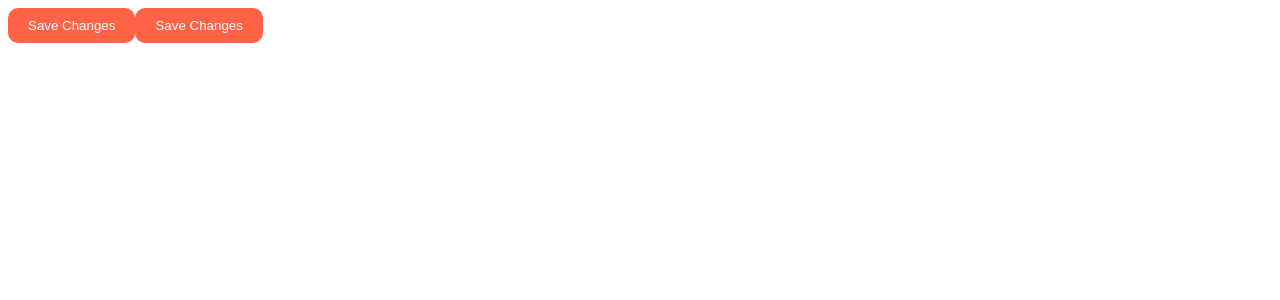
Repository: TaewookKwak/React
Page: props.html
The author's editor kept a copy of each file at every save. The page is drawn from the files as they stood at one save, then again after the next save.
The browser window is 1280 px wide. The pictures show the whole page.

Above is the page before, as saved 2021-12-15 12:00:03.

After the next save:
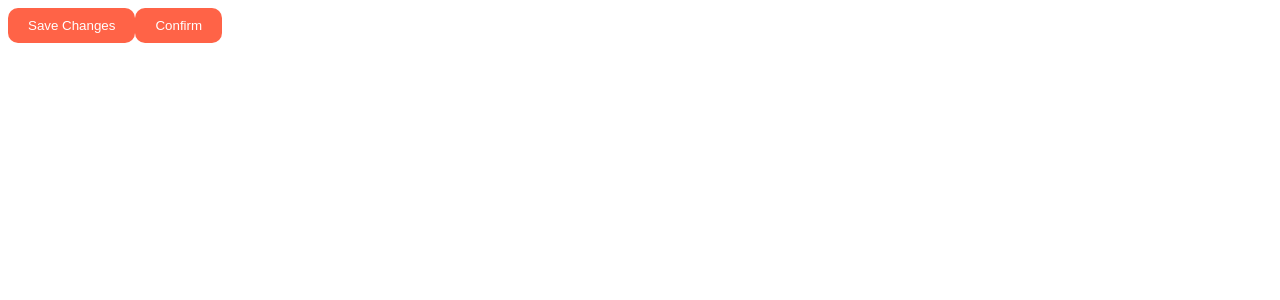
Saved 16 min 56 s later.
--- a/props.html
+++ b/props.html
@@ -8,7 +8,7 @@
   <script src="https://unpkg.com/@babel/standalone/babel.min.js"></script>
   <script type="text/babel">
     const root = document.querySelector("#root");
-    function Btn() {
+    function Btn(props) {
       return (
         <button
           style={{
@@ -19,7 +19,7 @@
             borderRadius: "10px",
           }}
         >
-          Save Changes
+          {props.text}
         </button>
       );
     }
